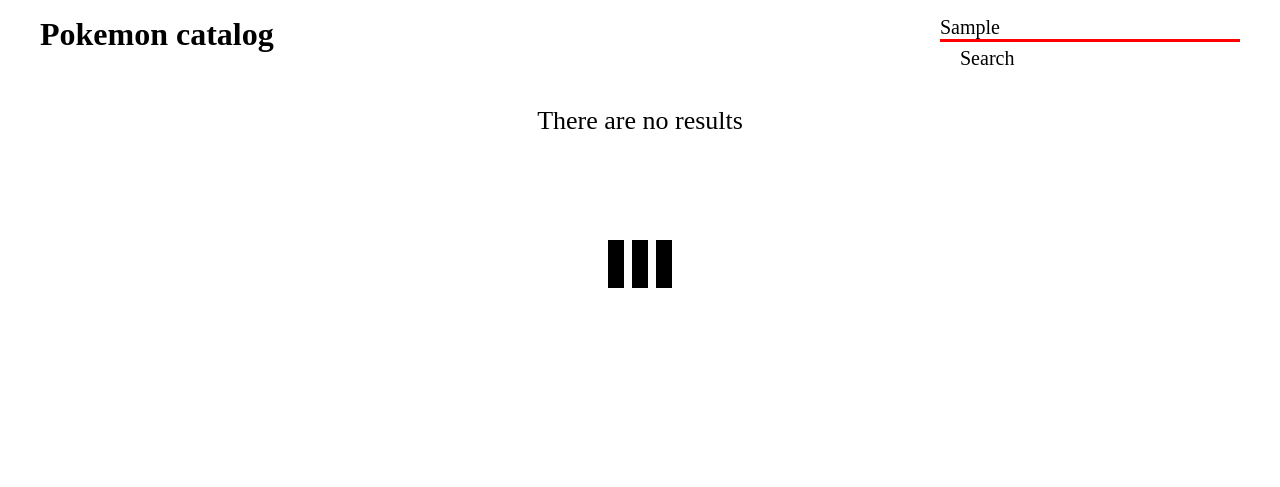
Repository: Ryszard-Penkala/pokemon-API
Page: index.html
These files come from the project's save history. The page is drawn as it stood at one moment and after the next save; the edit follows.
The browser window is 1280 px wide. The pictures show the whole page.
Empty fields were first filled with sample values (such as "Sample", 5 or name@example.com).
After loading, the first visible `#search` was changed once.
The page's requests for data from a server got no answer.

Above is the page before, as saved 2020-06-29 00:10:11.

After the next save:
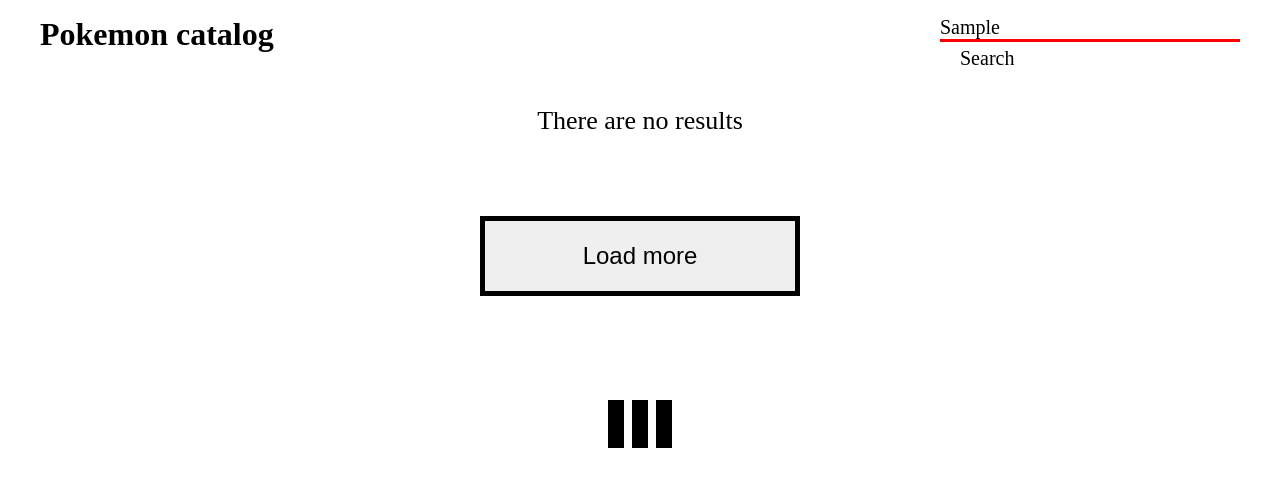
Saved 38 s later.
--- a/assets/js/script.js
+++ b/assets/js/script.js
@@ -105,7 +105,7 @@
     searchCards(){
         const searchValue = this.search.value.toLowerCase();
 
-        searchValue.length === this.cards.length
+        searchValue.length
         ? this.loadButton.classList.remove(`hidden`)
         : this.loadButton.classList.add(`hidden`);
 

After the 2 saves that followed:
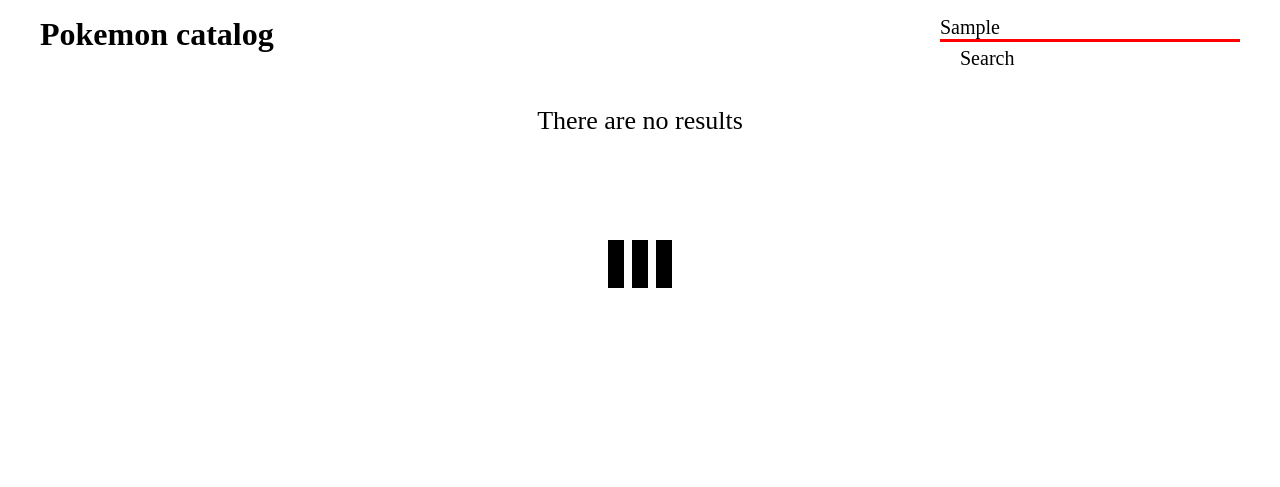
The 2 saves are shown as one change because 1 left the picture as it was.
The last was saved 76 s later.
--- a/assets/js/script.js
+++ b/assets/js/script.js
@@ -106,8 +106,8 @@
         const searchValue = this.search.value.toLowerCase();
 
         searchValue.length
-        ? this.loadButton.classList.remove(`hidden`)
-        : this.loadButton.classList.add(`hidden`);
+        ? this.loadButton.classList.add(`hidden`)
+        : this.loadButton.classList.remove(`hidden`);
 
         document.querySelectorAll(this.UiSelectors.card).forEach((el) => {
             return el.classList.remove('hidden');
